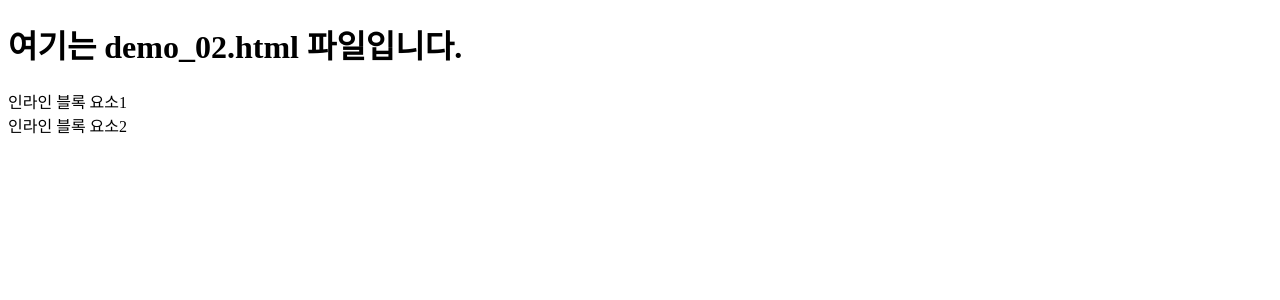
Repository: kimmingyeong225/totalJSP
Page: class_flexbox_011/src/main/webapp/demo_00.html
An editor plug-in stored every save of this project. The page is shown before and after the next save, followed by the edit.
The browser window is 1280 px wide. The pictures show the whole page.

Above is the page before, as saved 2024-07-01 00:32:44.

After the next save:
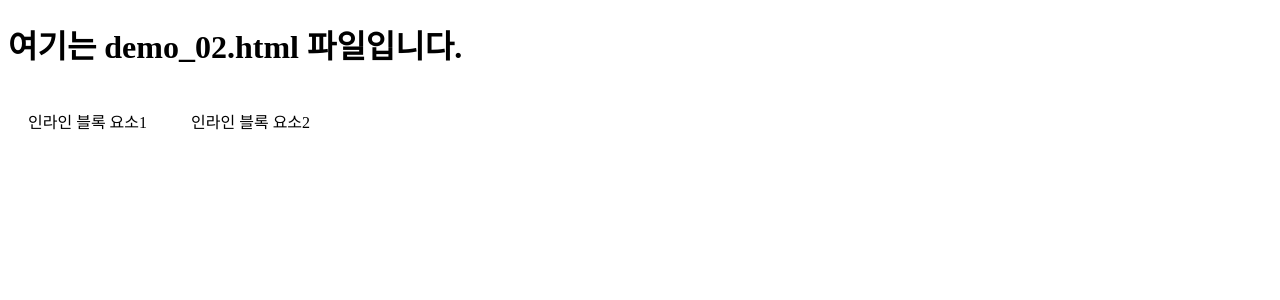
Saved 31 s later.
--- a/class_flexbox_011/src/main/webapp/demo_00.html
+++ b/class_flexbox_011/src/main/webapp/demo_00.html
@@ -5,7 +5,10 @@
 <title>인라인블록 요소 예시</title>
 <style type="text/css">
 	.m-inline-block{
-		display: inlline-block;
+		display: inline-block;
+		border-bottom-color: aqua;
+		padding: 10px;
+		margin: 10px;
 
 	}
 
@@ -14,8 +17,8 @@
 <body>
  	<!--  http://localhost:8080/demo1/demo_02.html  -->
     <h1>여기는 demo_02.html 파일입니다.</h1>
-    <div class="m-inlline-block">인라인 블록 요소1</div>
-    <div class="m-inlline-block">인라인 블록 요소2</div>
+    <div class="m-inline-block">인라인 블록 요소1</div>
+    <div class="m-inline-block">인라인 블록 요소2</div>
 
 </body>
 </html>
